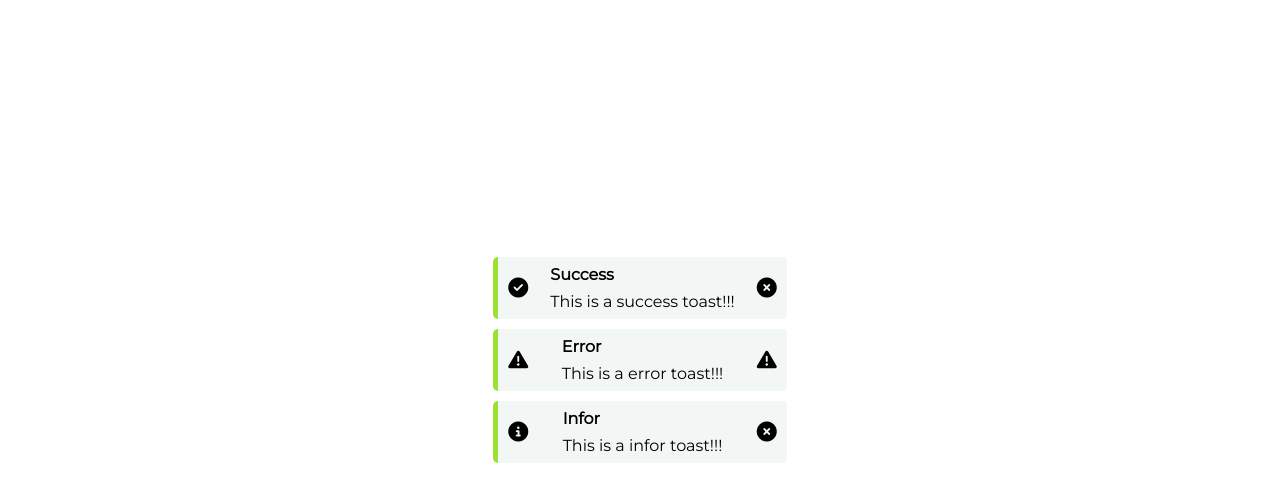
Repository: thuynguyen0964/Toast-Cooler
Page: index.html
The author's editor kept a copy of each file at every save. The page is drawn from the files as they stood at one save, then again after the next save.
The browser window is 1280 px wide. The pictures show the whole page.

Above is the page before, as saved 2023-01-26 20:29:07.

### index.html
<!DOCTYPE html>
<html lang="en">
  <head>
    <meta charset="UTF-8" />
    <meta http-equiv="X-UA-Compatible" content="IE=edge" />
    <meta name="viewport" content="width=device-width, initial-scale=1.0" />
    <title>Toast Mess Cooler</title>
    <link
      href="https://fonts.googleapis.com/css2?family=Montserrat:wght@300;400&display=swap"
      rel="stylesheet"
    />
    <link
      rel="stylesheet"
      href="https://cdnjs.cloudflare.com/ajax/libs/font-awesome/6.2.1/css/all.min.css"
    />
    <link rel="stylesheet" href="./app/style.css" />
  </head>
  <body>
    <ul class="container">
      <li class="toast success">
        <div class="icon">
          <i class="fa-solid fa-circle-check"></i>
        </div>
        <div class="toast__text">
          <h4 class="toast__title">Success</h4>
          <p class="toast__desc">This is a success toast!!!</p>
        </div>
        <div class="icon__close">
          <i class="fa-solid fa-circle-xmark"></i>
        </div>
      </li>
      <li class="toast error">
        <div class="icon">
            <i class="fa-solid fa-triangle-exclamation"></i>
        </div>
        <div class="toast__text">
          <h4 class="toast__title">Error</h4>
          <p class="toast__desc">This is a error toast!!!</p>
        </div>
        <div class="icon__close">
         <i class="fa-solid fa-triangle-exclamation"></i>
        </div>
      </li>
      <li class="toast infor">
        <div class="icon">
            <i class="fa-solid fa-circle-info"></i>
        </div>
        <div class="toast__text">
          <h4 class="toast__title">Infor</h4>
          <p class="toast__desc">This is a infor toast!!!</p>
        </div>
        <div class="icon__close">
          <i class="fa-solid fa-circle-xmark"></i>
        </div>
      </li>
    </ul>
  </body>
</html>

### app/style.css
*{
    margin: 0;
    padding: 0;
    box-sizing: border-box;
}
body{
    font-family: "Montserrat", sans-serif;
    display: flex;
    align-items: center;
    justify-content: center;
    min-height: 100vh;
}

.toast{
    width: 350x;
    list-style: none;
    border-left: 5px solid #9de031;
    border-radius: 5px;
    display: flex;
    align-items: center;
    justify-content: space-between;
    background-color: #e1ebe671;
    margin: 10px 0;
}
.toast__text{
    padding: 0 12px;
}
.toast__desc,
.toast__title{
    margin: 8px 0;
}
.icon__close,
.icon{
    padding:0 10px;
    font-size: 20px;
}

After the next save:
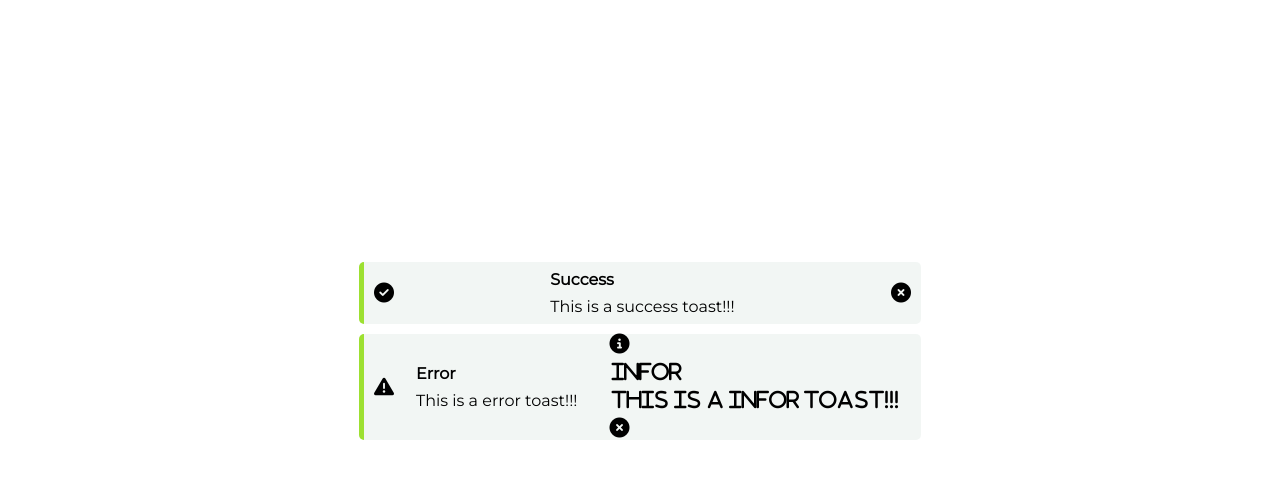
Saved 17 s later.
--- a/index.html
+++ b/index.html
@@ -38,7 +38,7 @@
           <p class="toast__desc">This is a error toast!!!</p>
         </div>
         <div class="icon__close">
-         <i class="fa-solid fa-triangle-exclamation"></i>
+         <i class="fa-solid fa-circle-xmark></i>
         </div>
       </li>
       <li class="toast infor">

After the 3 saves that followed:
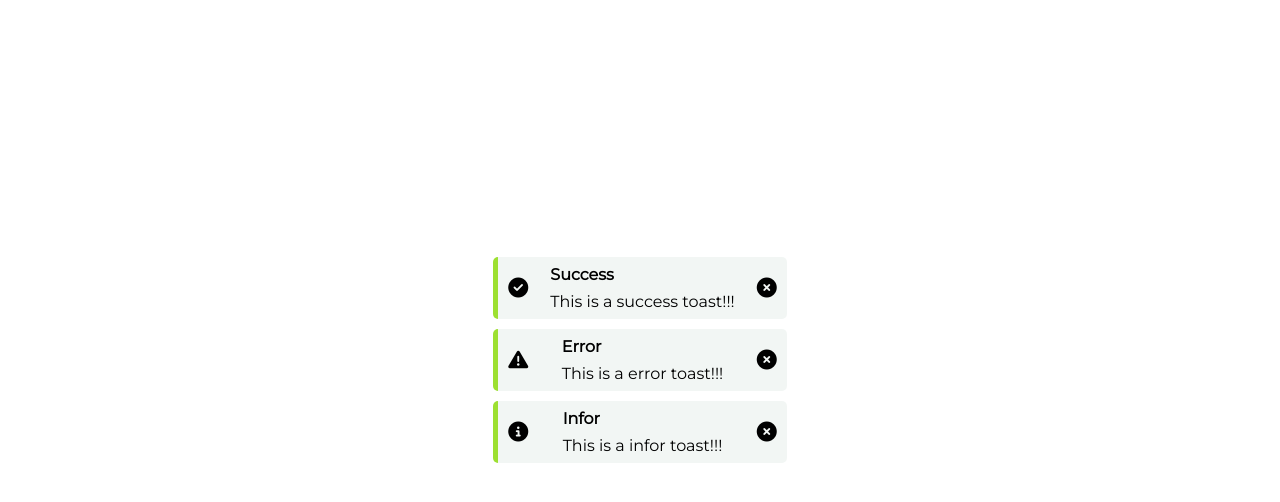
The 3 saves are shown as one change because they came seconds apart.
The last was saved 9 s later.
--- a/index.html
+++ b/index.html
@@ -38,7 +38,7 @@
           <p class="toast__desc">This is a error toast!!!</p>
         </div>
         <div class="icon__close">
-         <i class="fa-solid fa-circle-xmark></i>
+         <i class="fa-solid fa-circle-xmark"></i>
         </div>
       </li>
       <li class="toast infor">
